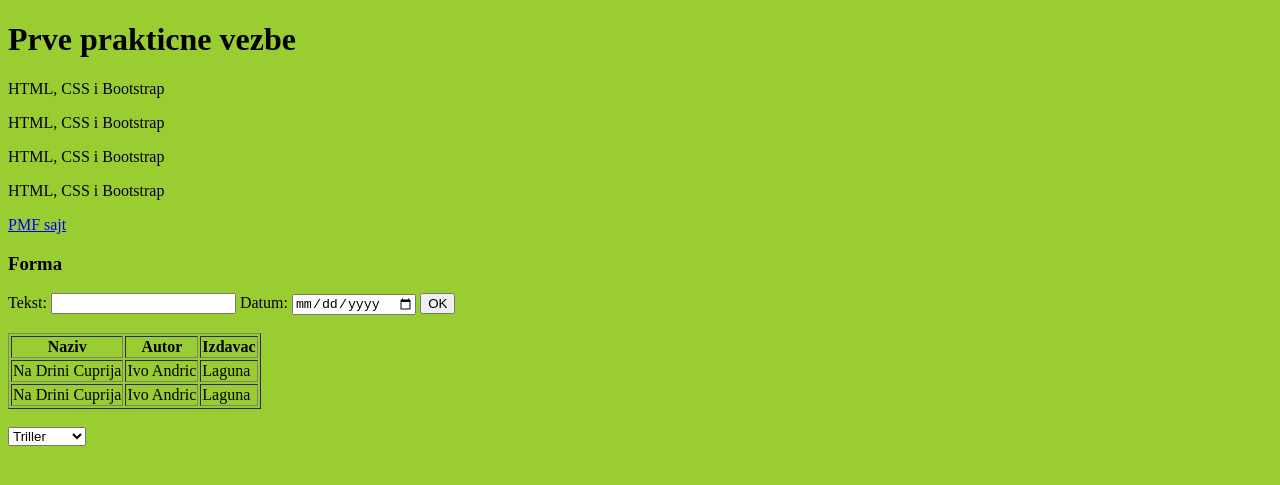
Repository: bojanludajic/Razvoj-Informacionih-Sistema
Page: http://localhost/Vezbe1/
The author's editor kept a copy of each file at every save. The page is drawn from the files as they stood at one save, then again after the next save.
The browser window is 1280 px wide. The pictures show the whole page.
The page is served by Tomcat 9.

Above is the page before, as saved 2024-10-22 11:51:15.

After the next save:
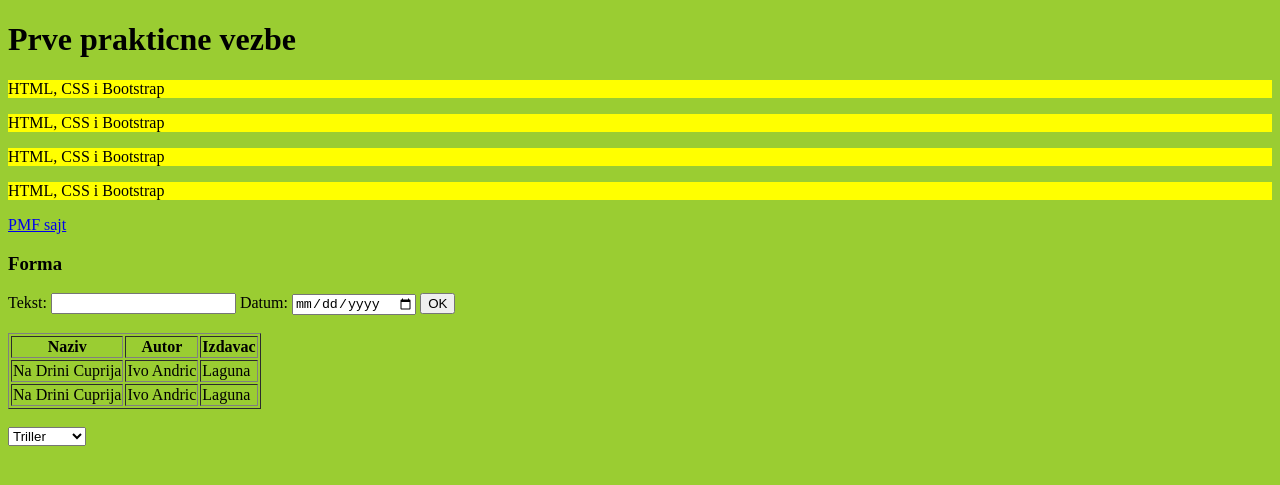
Saved 6 s later.
--- a/Vezbe1/src/main/webapp/css/styles.css
+++ b/Vezbe1/src/main/webapp/css/styles.css
@@ -3,5 +3,5 @@ body {
 	background-color: yellowgreen;
 }
 p {
-	background-color: yellowgreen;
+	background-color: yellow;
 }
